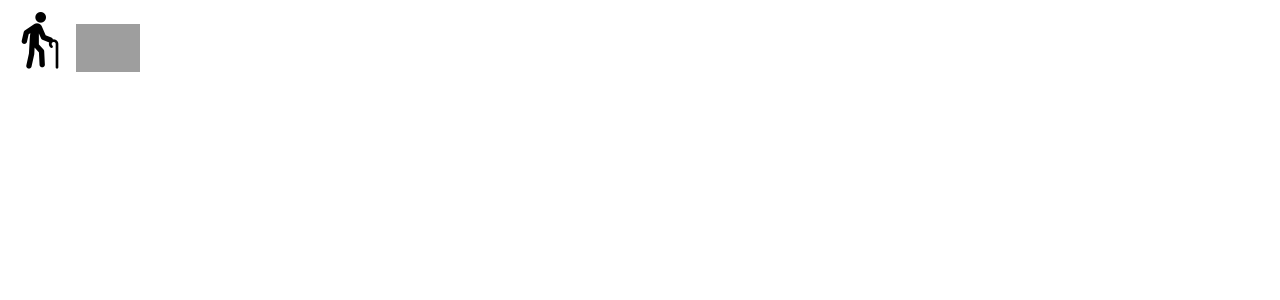
Repository: SilverSharkDeveloper/HTML-CSS-Study
Page: html/workspace/day04/WebContent/img.html
An editor plug-in stored every save of this project. The page is shown before and after the next save, followed by the edit.
The browser window is 1280 px wide. The pictures show the whole page.
Pictures or frames that could not be fetched are drawn as grey boxes.

Above is the page before, as saved 2023-03-13 10:50:39.

### html/workspace/day04/WebContent/img.html
<!DOCTYPE html>
<html>
<head>
<meta charset="UTF-8">
<title>이미지 태그</title>
</head>
<body>
		<img src="baby.png" width = "64">
		<img src="childhood.png" width = "64">
</body>
</html>

After the next save:
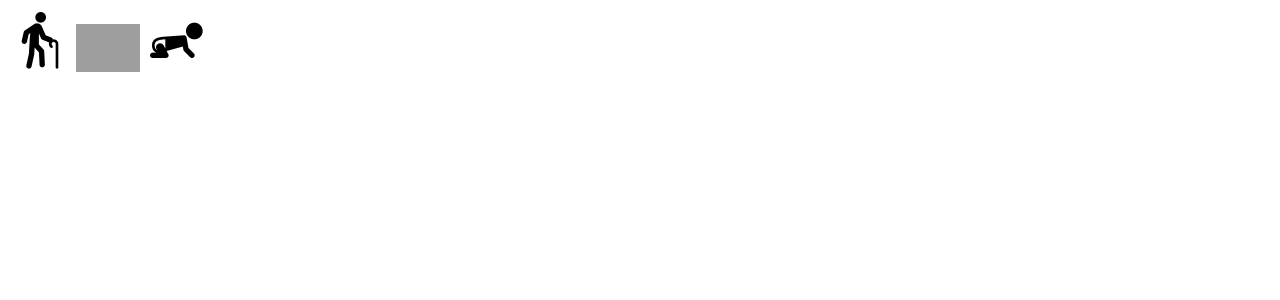
Saved 11 min 32 s later.
--- a/html/workspace/day04/WebContent/img.html
+++ b/html/workspace/day04/WebContent/img.html
@@ -7,5 +7,6 @@
 <body>
 		<img src="baby.png" width = "64">
 		<img src="childhood.png" width = "64">
+		<img src="adult.png" width = "64">
 </body>
 </html>

After the save that followed:
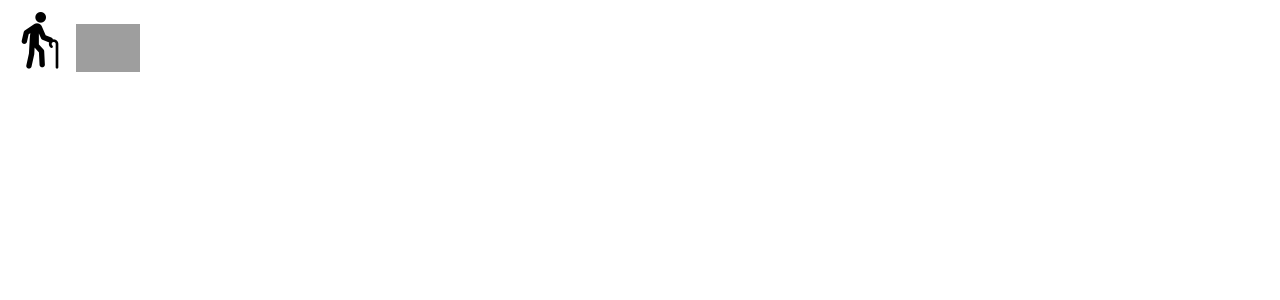
Saved 75 s later.
--- a/html/workspace/day04/WebContent/img.html
+++ b/html/workspace/day04/WebContent/img.html
@@ -7,6 +7,6 @@
 <body>
 		<img src="baby.png" width = "64">
 		<img src="childhood.png" width = "64">
-		<img src="adult.png" width = "64">
+		<img src="adult.png" width = "64" style = "filter : invert(1)">
 </body>
 </html>
